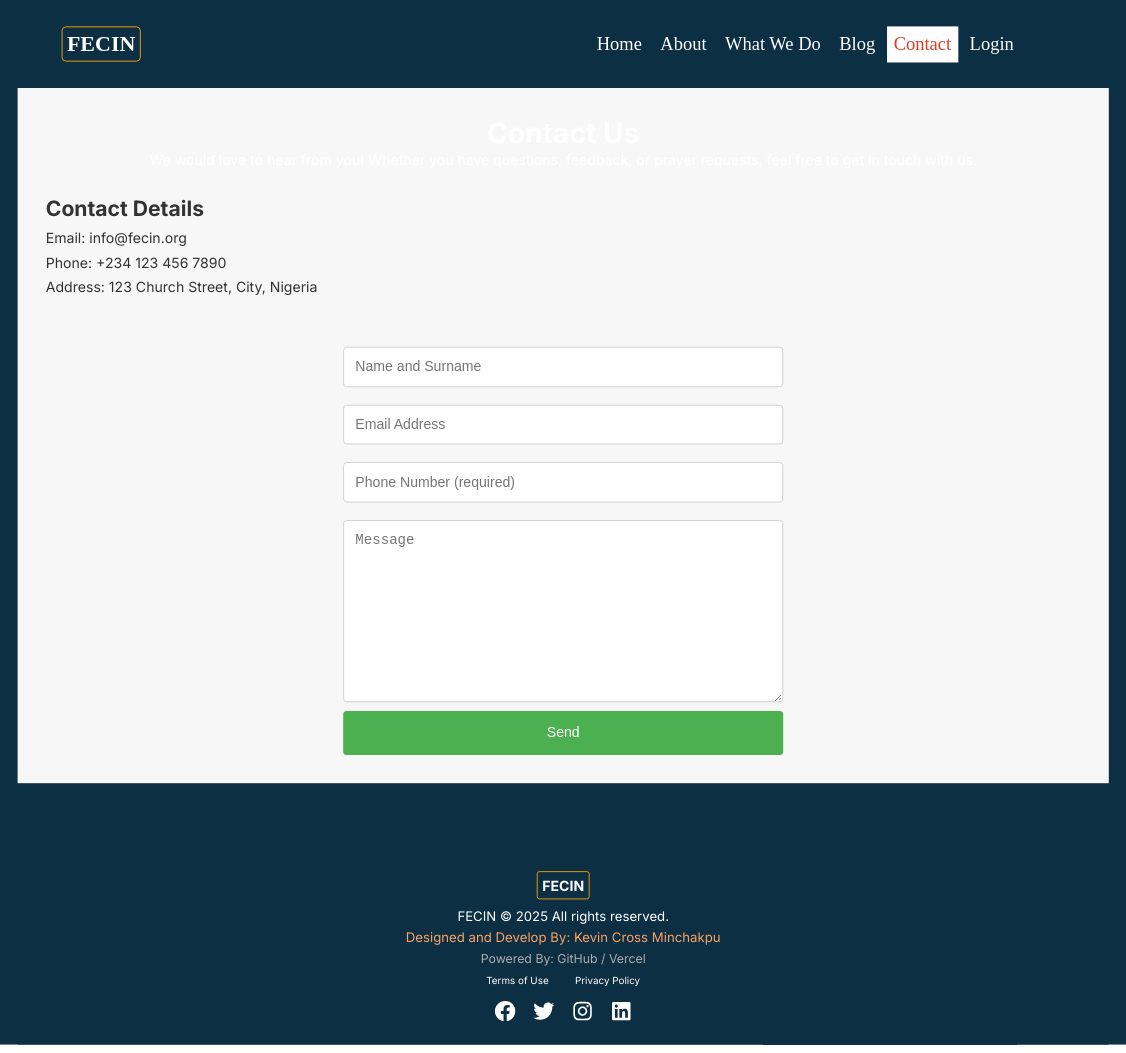
Repository: KCMinchakpu/fecin-projectgs497
Page: /contact
The author's editor kept a copy of each file at every save. The page is drawn from the files as they stood at one save, then again after the next save.
The browser window is 1280 px wide. The pictures show the whole page, at 88% of full size.
The page's requests for data from a server got no answer. The project was rebuilt for these pictures with package versions that can differ from the ones it lists, and the page was loaded fresh each time. Some packages were replaced by stand-ins written for this rebuild. The framework's server and built-in components were replaced by stand-ins that run in the browser. No one was signed in, and anything a server would have sent is missing. Queries for data that is not in the repository find no rows. Also part of the build but not shown: next.config.mjs.

Above is the page before, as saved 2025-04-12 13:06:42.

After the next save:
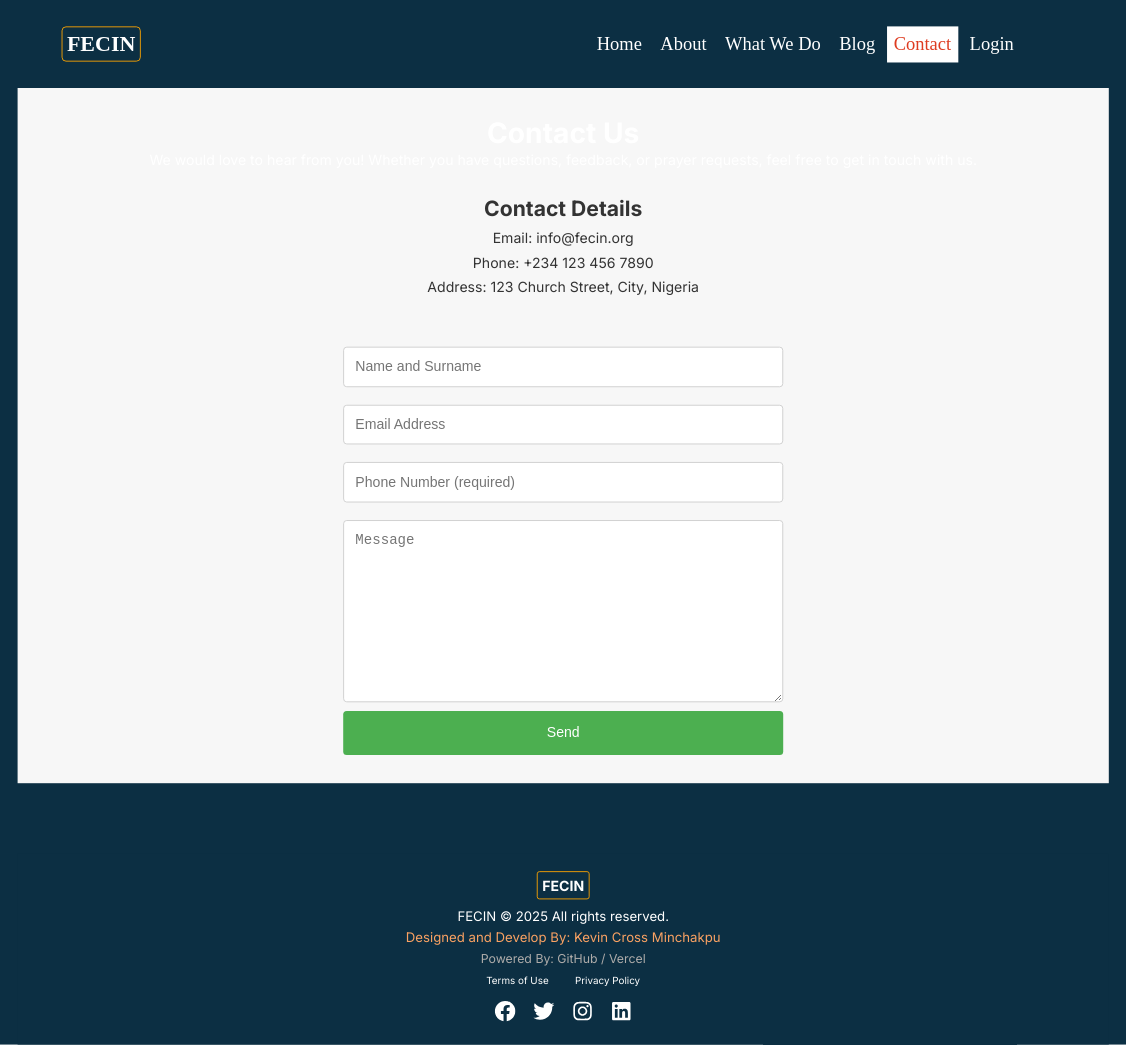
Saved 87 s later.
--- a/src/app/contact/contact.module.css
+++ b/src/app/contact/contact.module.css
@@ -21,6 +21,9 @@
 .contactDetails {
   margin-bottom: 3rem;
   color: #333;
+  align-items: center;  /* Center the content horizontally */
+  justify-content: center;  /* Center the content vertically */
+  text-align: center;
 }
 
 .contactDetails h2 {
